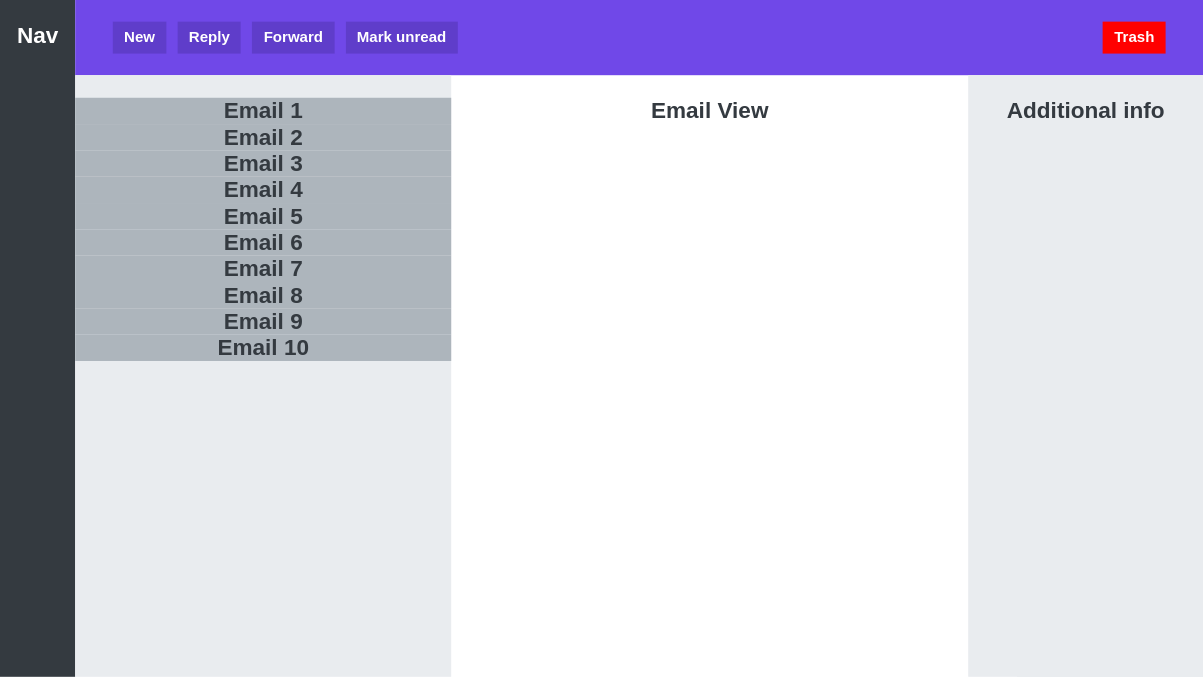
Repository: sunny070/CSS
Page: HTML and CSS some of the important components/06_app-layout.html
These files come from the project's save history. The page is drawn as it stood at one moment and after a run of saves; the edit follows.
The browser window is 1280 px wide. The pictures show the whole page, at 94% of full size.

Above is the page before, as saved 2023-11-17 14:06:25.

After the next 3 saves:
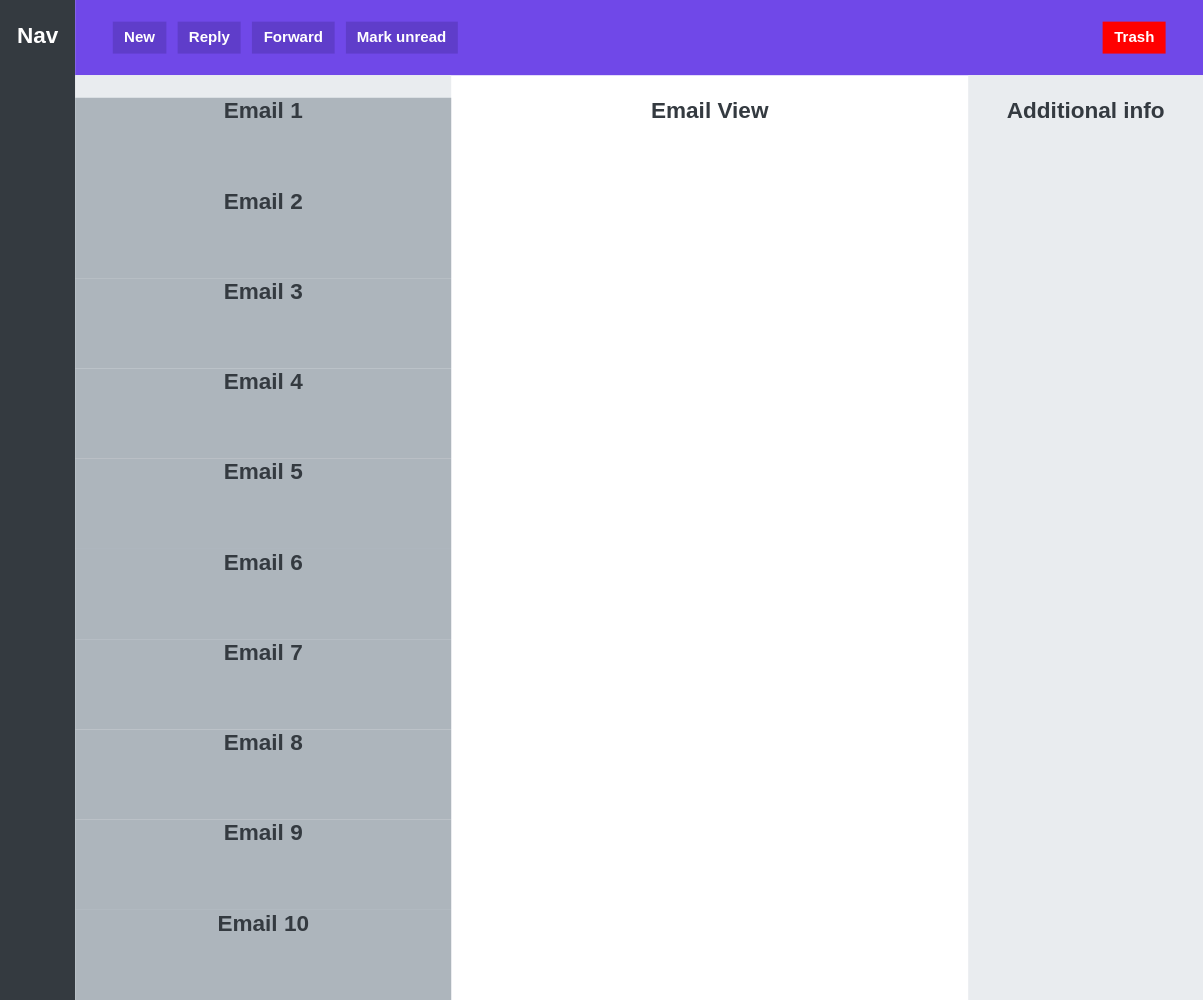
The 3 saves are shown as one change because they came seconds apart.
The last was saved 13 s later.
--- a/HTML and CSS some of the important components/06_app-layout.html
+++ b/HTML and CSS some of the important components/06_app-layout.html
@@ -56,6 +56,7 @@
         }
         .email{
             background-color:#adb5bc;
+            height: 96px;
         }
         aside{
             background-color:#e9ecef;
